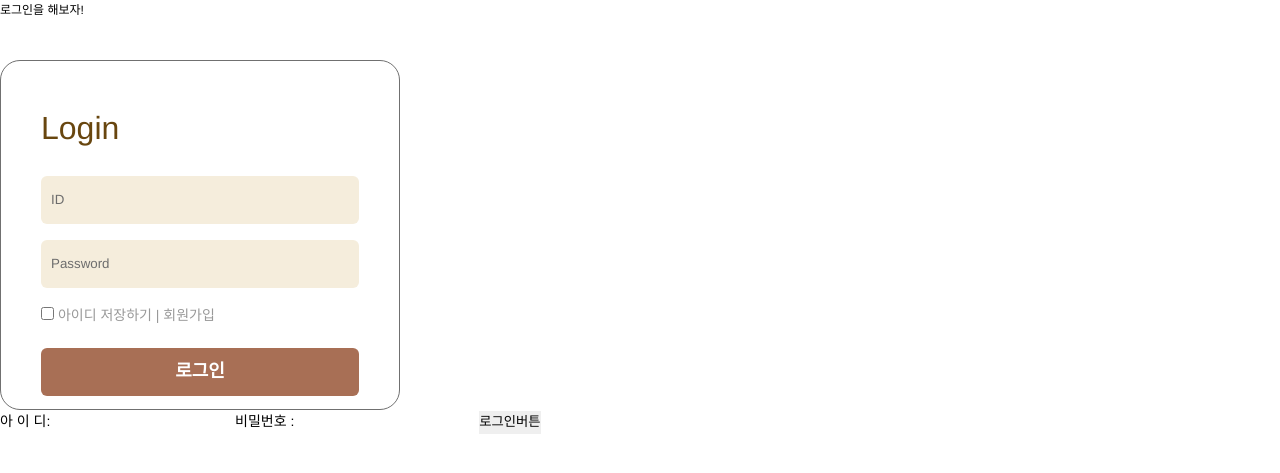
Repository: sejun98/sosobordgameJSP
Page: http://localhost/singup/login_form.jsp
These files come from the project's save history. The page is drawn as it stood at one moment and after the next save; the edit follows.
The browser window is 1280 px wide. The pictures show the whole page.
Some web fonts or font styles are not loaded; a fallback is used. The page is served by Tomcat 9.

Above is the page before, as saved 2022-10-07 07:23:13.

### singup/src/main/webapp/login_form.jsp
<%@ page language="java" contentType="text/html; charset=UTF-8"
    pageEncoding="UTF-8"%>
<%@ page import="java.sql.*" %>
<%@ page import="java.text.*" %>
<%@ page import="java.util.*, java.lang.*"  %>
<!DOCTYPE html>
<html>
<head>
<meta charset="UTF-8">
<title>로그인 폼</title>
<link rel="shortcut icon" href="images/pabicon.ico">
<link rel="stylesheet" href="css/login.css">
<link rel="stylesheet" href="css/reset.css">
<link href="https://fonts.googleapis.com/css?family=Nanum+Gothic" rel="stylesheet">
<link rel="stylesheet" type="text/css" href="css/slick.css">
<link rel="stylesheet" type="text/css" href="css/slick-theme.css">
<link href="https://fonts.googleapis.com/css?family=Poor+Story" rel="stylesheet">


</head>
<body>
<h1>로그인을 해보자!</h1>
<%
	String name = (String)session.getAttribute("name");
	if(name == null) {
%>

	<div class="login-wrapper">
			<h2>Login</h2>
			<form method="post" action="<%= request.getContextPath() %>/login_pro.jsp" id="login-form">
				<input type="text" name="id" placeholder="ID">
				<input type="password" name=pw placeholder="Password">
				<label for="remember-check" class="idsave">
					<input type="checkbox" id="remember-check">  아이디 저장하기 | 회원가입
				</label>
				<input type="submit" value="로그인">
			</form>
	</div>

	<form action="<%= request.getContextPath() %>/login_pro.jsp" method="post">
		아 이 디: <input type="text" name="id">
		비밀번호 : <input type="password" name="pw">
		<input type="submit" value="로그인버튼">
	</form>
<%
	} else {
			%>
		<%= name %>님 로그인 중
		<a href="<% request.getContextPath(); %> logout.jsp">로그아웃</a>
		<%
	}
%>
</body>
</html>

### singup/src/main/webapp/css/login.css

header {
	width: 100%;
}

#header_top {
	float: right;
}
#header_top ul li {
	float: left;
	padding: 13px;
	padding-left: 0;
	line-height: 1;
}
#header_top ul li:nth-child(1) a{
	border-right: solid 1px;
	border-color: #E0E0E0;
	margin: 0px;
}
#header_top ul li:nth-child(2) a{
	margin-right: 0;
	border-right: solid 1px;
	border-color: #E0E0E0;
	margin: 0px;
}

#header_top ul li a {
	display: block;
	margin-right: 65px;
	padding-right: 10px;
}
header #logo {
	clear: both;
	text-align: center;
	margin-bottom: 20px;
}
.header_menu {
	width:100%;
	height: 60px;
	border-top: solid 2px;
}
.header_menu ul li {
	float: left;
	margin-left: 13%;
}
.header_menu ul li a {
	display: block;
	padding: 12px 0px 10px 0px;
	font-size: 20px;
	font-family: 'Nanum Gothic', sans-serif;
}
.header_menu ul li .bold:hover {
	font-weight:bold;
}
.header_menu ul li:nth-child(5) {
	float: left;
}
.header_menu_bar{
	width: 75%;
	margin: 0 auto;

}
/*header end //----------------------------*/
/*container start ------*/
*{
    padding: 0;
    margin: 0;
    border: none;
}
body{
    font-size: 14px;
    font-family: 'Roboto', sans-serif;
}


.login-wrapper{
	margin-top: 40px;
	border: 1px solid rgb(112, 112, 112);
	border-radius: 20px;
    width: 400px;
    height: 350px;
    padding: 40px;
    box-sizing: border-box;
}

.login-wrapper > h2{
    font-size: 32px;
    color: #68460f;
    margin-bottom: 20px;
}
#login-form > input{
    width: 100%;
    height: 48px;
    padding: 0 10px;
    box-sizing: border-box;
    margin-bottom: 16px;
    border-radius: 6px;
    background-color: #F5EDDC;
}
#login-form > input::placeholder{
    color: #6d6d6d;
}
#login-form > input[type="submit"]{
    color: #fff;
    font-size: 18px;
	font-weight: bold;
    background-color: #a86f55;
    margin-top: 20px;
}
#login-form > input[type="checkbox"]{
    display: none;
}
#login-form > label{
    color: #999999;
}
#login-form input[type="checkbox"] + label{
    cursor: pointer;
    padding-left: 26px;
    background-image: url("checkbox.png");
    background-repeat: no-repeat;
    background-size: contain;
}
#login-form input[type="checkbox"]:checked + label{
    background-image: url("checkbox-active.png");
    background-repeat: no-repeat;
    background-size: contain;
}

/*container end ------*/
.down_box {
	width: 100%;
	height: 296px;
	background-color: #CDFFC3;
	float: left;
}
.down_box_img {
	background-image: url(../images/User_dow.jpg);
	background-repeat: no-repeat;
	width: 50%;height: 300px;
	float: left;
}
.down_box_txt {
	color: white;
	font-size: 35px;
	text-align: center;
	margin-top: 60px;
	position: relative;
}
.down_soso {
	font-size: 20px;
}
.down_soso span:before {
	content: "•";
	color: #dc3434;
	font-size: 1em;
	position: relative;
	left: 19px;
	top: -20px;
}
.down_sosos{
	font-size: 20px;
}
.down_sosos span:before {
	content: "•";
	color: #f7f549;
	font-size: 1em;
	position: relative;
	left: 19px;
	top: -20px;
}
.down_soso_img {
	background-image: url(../images/design_inde22x_08.jpg);
	width: 4px;height: 4px;
	position: absolute;
	left: 313px; top: 15px;
}
.down_soso_img2 {
	background-image: url(../images/design_inde22x_08.jpg);
	width: 4px;height: 4px;
	position: absolute;
	left: 333px; top: 15px;
}
.down_box_txt p {
	margin-top: -25px;
	font-size: 45px;
}
.down_box_txt .pp2{
	line-height: 46px;
	font-size: 20px;
}
.search {
	width: 421px;
	position: relative;
	margin-left: 50%;
	transform: translateX(-50%);
}
.inputbox {
	float: left;
	font-size: 18px;
	color: #ebebeb;
	padding-left: 10px;
	background-color: rgba(255,255,255,0);
	border: solid 5px #ebebeb;
	width: 421px; height: 46px;
	margin-top: 10px;


}
.search .inputbox_button{
	position: absolute;
	top: 20px;right: -13px;
	background-color: transparent;
}



.down_title {
	margin-top: 20px;
	width: 200px; height: 50px;
	background-color: #fff;
	border-radius: 50px;
	margin-left: 50%;
	transform: translateX(-50%);
	color: #000;
	font-size: 20px;
	font-weight: bold;
	line-height: 50px;

}
.down_title:hover {
	background-color: #646464;
	color: #F0F0F0
}
/*footer start*/
.footer_box {
	width: 100%; height: 218px;
	background-color: #262626;
	clear: both;
	color: #bfbfbf;
}
.footer_title {
	padding-top: 10px;
	font-size: 35px;
	text-align: center;
	margin-top: 60px;
	position: relative;
}
.footer_title span {
	font-size: 20px;
}
.footer_txt {
	font-size: 14px;
	text-align: center;
	line-height: 25px;
}
.footer_title_wja {
	background-image: url(../images/design_indexdd_03.jpg);
	width: 4px;height: 4px;
	background-repeat: no-repeat;
	float: left;
	position: absolute;
	top: -8px;right: 13px;
}
.footer_title_wja2 {
	background-image: url(../images/design_indexdd_03.jpg);
	width: 4px;height: 4px;
	background-repeat: no-repeat;
	float: left;
	position: absolute;
	top: -8px;right: 32px;
}

#susu {
	position: relative;
}

#rjatk {
	float: left;
}

/*Slick*/
 .slider {
        width: 50%;
        margin: 0 auto;
    }

    .slick-slide {
      margin: 0px 20px;
    }

    .slick-slide img {
      width: 90%;
      margin: 0 auto;
      padding-top: 5%;
    }

    .slick-prev:before,
    .slick-next:before {
      color: black;
    }


    .slick-slide {
      transition: all ease-in-out .3s;
      opacity: 1;
    }

    .slick-active {
      opacity: 1;
    }

    .slick-current {
      opacity: 1;
    }
    /*slick*/

### singup/src/main/webapp/css/reset.css
*{
 margin:0;
 padding:0;
 border:none;
 	list-style:none;
	text-decoration: none;
	font-family: 'Nanum Gothic', sans-serif;
	font-family: noto,notojp,notokr,Helvetica
	,Microsoft YaHei,Apple SD Gothic Neo,Malgun Gothic,
	"\B9D1\C740 \ACE0\B515",Dotum,\\B3CB\C6C0,sans-serif;
}

/*여백초기화*/
body, div, dl, dd, dt, ul, li, ol, h1, h2, h3, h4, h5, h6, form, legend, textarea, select, fieldset, p, button {margin: 0; padding: 0;}

/*링크 초기화 */
a { color: #273743; text-decoration: none; }
a:hover { color: #000000; }

/*폰트초기화 */
body, input, textarea, select, button, table {line-height: 1.7} /*나눔고딕은 크로스브라우져에 가장 적합 */

/*h태그 초기화 */
h1, h2, h3, h4, h5, h6 { font-size: 12px; font-weight: normal; }

/*목록태그 초기화*/
li, ol, ul {list-style: none;}

/*ir*/

.ir { width: 0; height: 0; font-size: 0; line-height: 0; overflow: hidden; position: absolute; left: 0; top: 0; }
.cursor {
	cursor:pointer;
}
.down_title:hover {
	background-color: #646464;
	color: #F0F0F0
}

### singup/src/main/webapp/css/slick.css
/* Slider */
.slick-slider
{
    position: relative;

    display: block;
    box-sizing: border-box;
}

.slick-list
{
    position: relative;

    display: block;
    overflow: hidden;

    margin: 0;
    padding: 0;
}
.slick-list:focus
{
    outline: none;
}
.slick-list.dragging
{
    cursor: pointer;
}

.slick-slider .slick-track,
.slick-slider .slick-list
{

}

.slick-track
{
    position: relative;
    top: 0;
    left: 0;

    display: block;
    margin-left: auto;
    margin-right: auto;
}
.slick-track:before,
.slick-track:after
{
    display: table;

    content: '';
}
.slick-track:after
{
    clear: both;
}
.slick-loading .slick-track
{
    visibility: hidden;
}

.slick-slide
{
    display: none;
    float: left;

    height: 100%;
    min-height: 1px;
}
[dir='rtl'] .slick-slide
{
    float: right;
}
.slick-slide img
{
    display: block;
}
.slick-slide.slick-loading img
{
    display: none;
}
.slick-initialized .slick-slide
{
    display: block;
}
.slick-loading .slick-slide
{
    visibility: hidden;
}
.slick-vertical .slick-slide
{
    display: block;

    height: auto;

    border: 1px solid transparent;
}
.slick-arrow.slick-hidden {
    display: none;
}

### singup/src/main/webapp/css/slick-theme.css
/* Slider */
.slick-loading .slick-list
{
    background: #fff url('./ajax-loader.gif') center center no-repeat;
}

/* Icons */
@font-face
{
    font-family: 'slick';
    font-weight: normal;
    font-style: normal;

    src: url('./fonts/slick.eot');
    src: url('./fonts/slick.eot?#iefix') format('embedded-opentype'), url('./fonts/slick.woff') format('woff'), url('./fonts/slick.ttf') format('truetype'), url('./fonts/slick.svg#slick') format('svg');
}
/* Arrows */
.slick-prev,
.slick-next
{
    font-size: 0;
    line-height: 0;

    position: absolute;
    top: 50%;

    display: block;

    width: 20px;
    height: 20px;
    padding: 0;

    transform: translate(0, -50%);

    cursor: pointer;

    color: transparent;
    border: none;
    outline: none;
    background: transparent;
}
.slick-prev:hover,
.slick-prev:focus,
.slick-next:hover,
.slick-next:focus
{
    color: transparent;
    outline: none;
    background: transparent;
}
.slick-prev:hover:before,
.slick-prev:focus:before,
.slick-next:hover:before,
.slick-next:focus:before
{
    opacity: 1;
}
.slick-prev.slick-disabled:before,
.slick-next.slick-disabled:before
{
    opacity: .25;
}

.slick-prev:before,
.slick-next:before
{
    font-family: 'slick';
    font-size: 40px;
    line-height: 1;

    opacity: .75;
    color: white;


}

.slick-prev
{
    left: -25px;
}
[dir='rtl'] .slick-prev
{
    right: -25px;
    left: auto;
}
.slick-prev:before
{
    content: '←';
}
[dir='rtl'] .slick-prev:before
{
    content: '→';
}

.slick-next
{
    right: -25px;
}
[dir='rtl'] .slick-next
{
    right: auto;
    left: -25px;
}
.slick-next:before
{
    content: '→';
}
[dir='rtl'] .slick-next:before
{
    content: '←';
}

/* Dots */
.slick-dotted.slick-slider
{
    margin-bottom: 30px;
}

.slick-dots
{
    position: absolute;
    bottom: -25px;

    display: block;

    width: 100%;
    padding: 0;
    margin: 0;

    list-style: none;

    text-align: center;
}
.slick-dots li
{
    position: relative;

    display: inline-block;

    width: 20px;
    height: 20px;
    margin: 0 5px;
    padding: 0;

    cursor: pointer;
}
.slick-dots li button
{
    font-size: 0;
    line-height: 0;

    display: block;

    width: 20px;
    height: 20px;
    padding: 5px;

    cursor: pointer;

    color: transparent;
    border: 0;
    outline: none;
    background: transparent;
}
.slick-dots li button:hover,
.slick-dots li button:focus
{
    outline: none;
}
.slick-dots li button:hover:before,
.slick-dots li button:focus:before
{
    opacity: 1;
}
.slick-dots li button:before
{
    font-family: 'slick';
    font-size: 6px;
    line-height: 20px;

    position: absolute;
    top: 0;
    left: 0;

    width: 20px;
    height: 20px;

    content: '•';
    text-align: center;

    opacity: .25;
    color: black;

}
.slick-dots li.slick-active button:before
{
    opacity: .75;
    color: black;
}

After the next save:
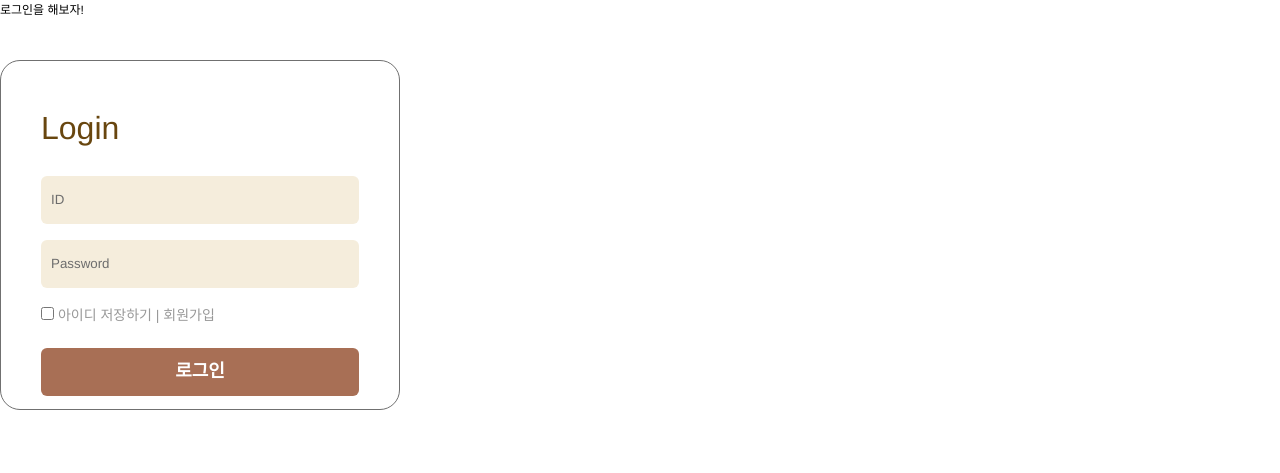
Saved 16 s later.
--- a/singup/src/main/webapp/login_form.jsp
+++ b/singup/src/main/webapp/login_form.jsp
@@ -36,12 +36,6 @@
 				<input type="submit" value="로그인">
 			</form>
 	</div>
-
-	<form action="<%= request.getContextPath() %>/login_pro.jsp" method="post">
-		아 이 디: <input type="text" name="id">
-		비밀번호 : <input type="password" name="pw">
-		<input type="submit" value="로그인버튼">
-	</form>
 <%
 	} else {
 			%>
